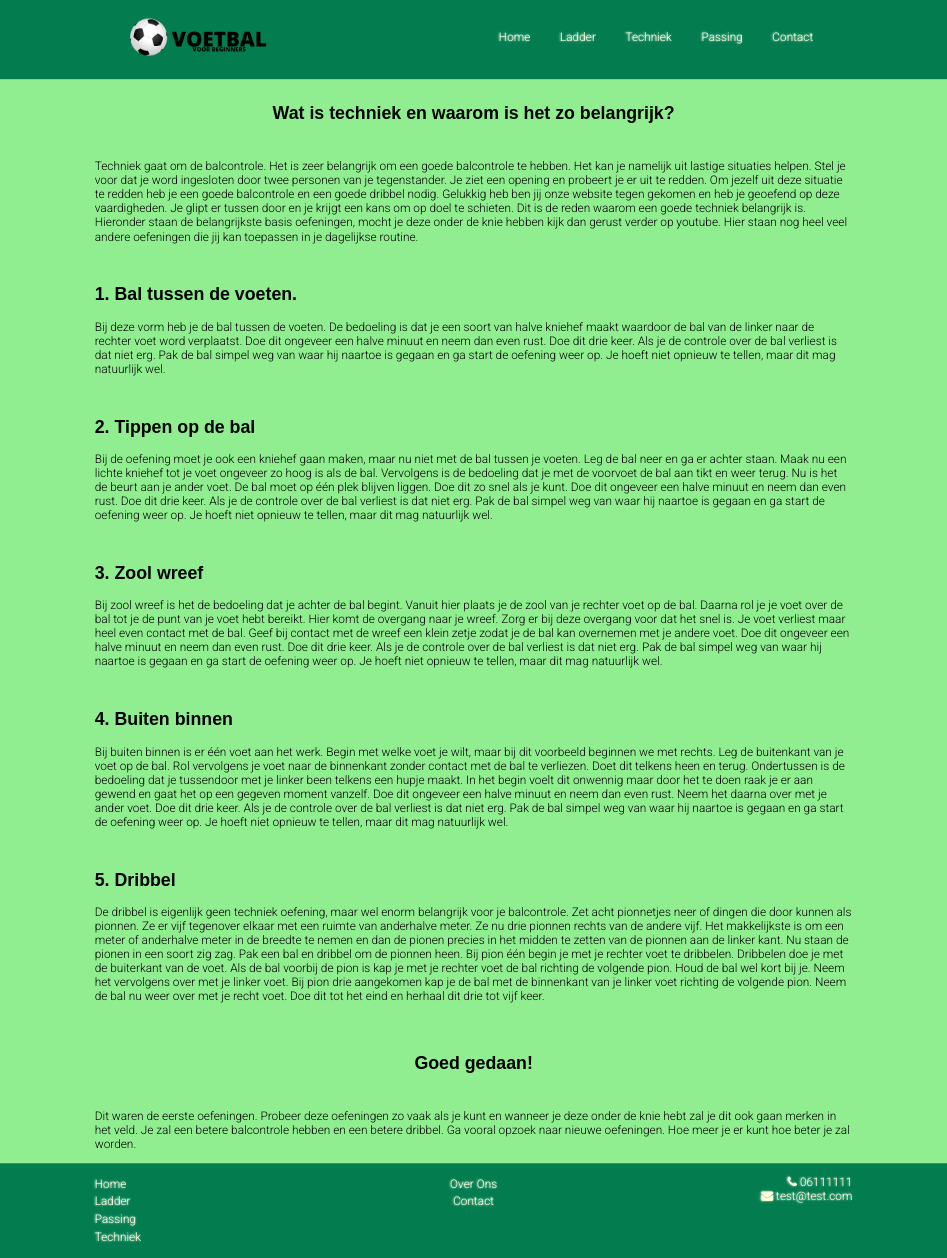
Repository: KelvinOxfoort/Start
Page: techniek.html
The author's editor kept a record of every edit. The page is drawn from the files as they stood at one moment, then again after the next edit.
The browser window is 1280 px wide. The pictures show the whole page, at 74% of full size.
Some web fonts or font styles are not loaded; a fallback is used.

Above is the page before.

After the next edit:
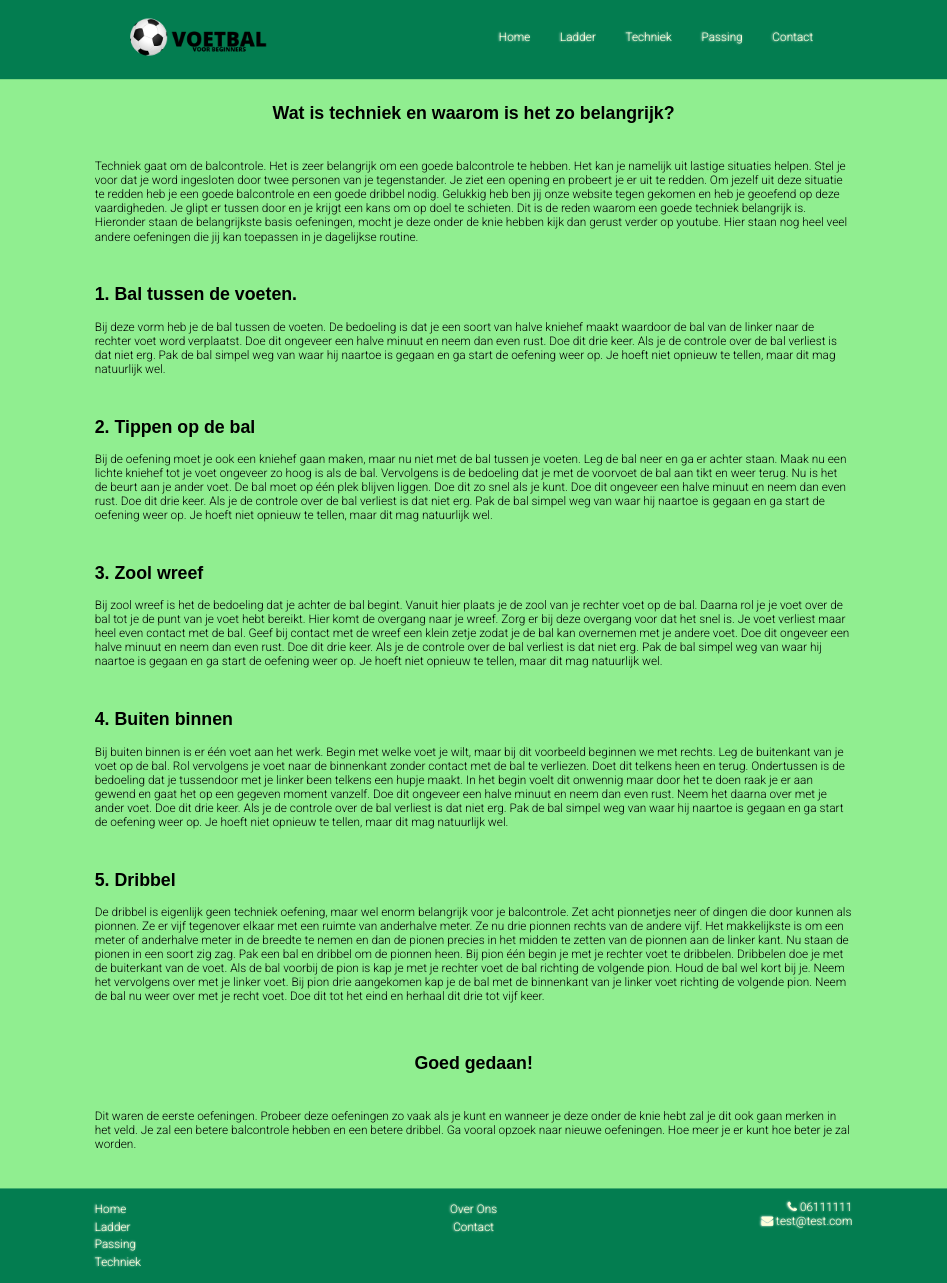
The edit:
--- a/techniek.html
+++ b/techniek.html
@@ -70,7 +70,7 @@
         <br>
         <section>
             <h1>Goed gedaan!</h1>
-            <p>Dit waren de eerste oefeningen. Probeer deze oefeningen zo vaak als je kunt en wanneer je deze onder de knie hebt zal je dit ook gaan merken in het veld. Je zal een betere balcontrole hebben en een betere dribbel. Ga vooral
+            <p class="goed-gedaan">Dit waren de eerste oefeningen. Probeer deze oefeningen zo vaak als je kunt en wanneer je deze onder de knie hebt zal je dit ook gaan merken in het veld. Je zal een betere balcontrole hebben en een betere dribbel. Ga vooral
                 opzoek naar nieuwe oefeningen. Hoe meer je er kunt hoe beter je zal worden.</p>
         </section>
     </main>
